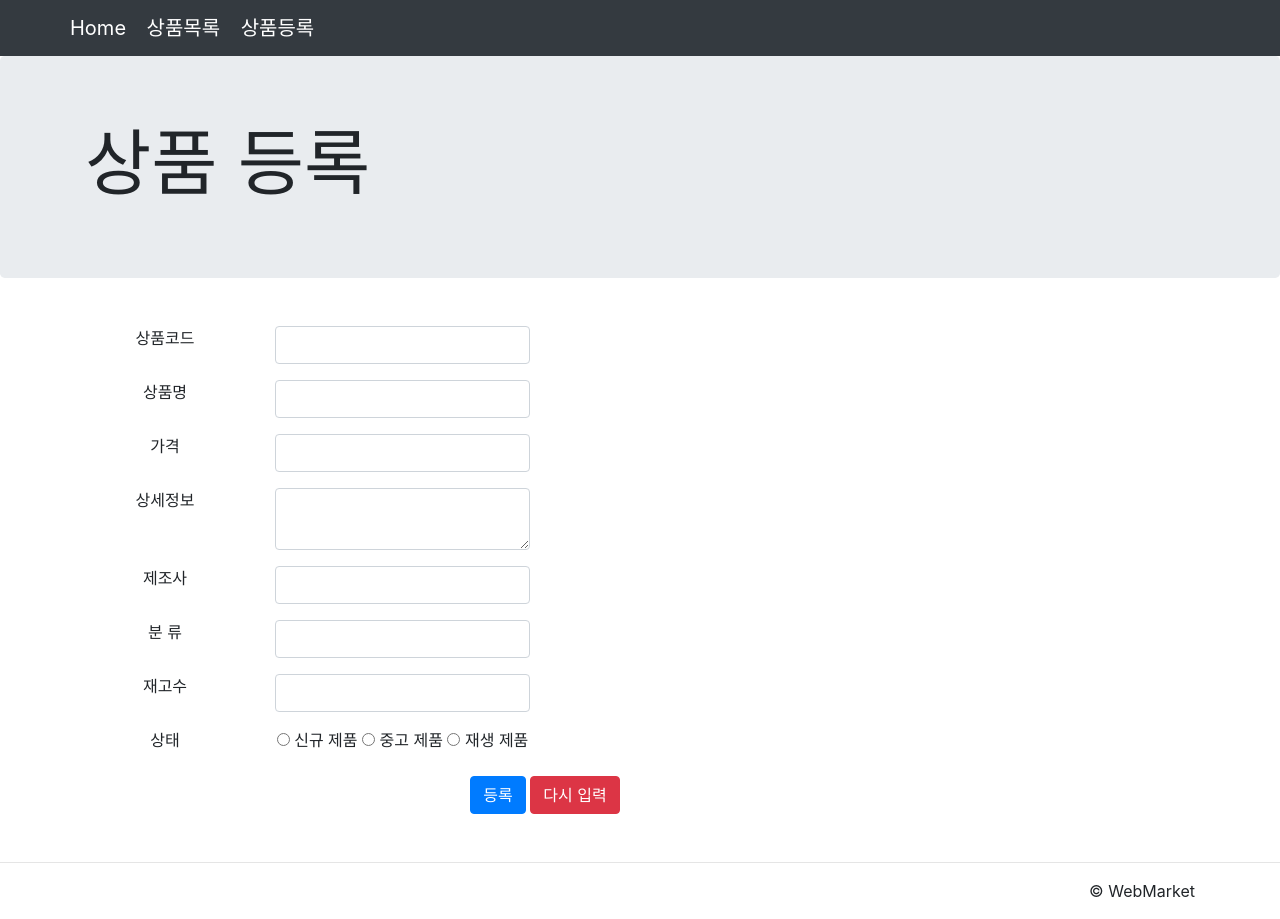
Repository: mi-ci/ai
Page: http://localhost/WebMarket/addProduct.jsp
An editor plug-in stored every save of this project. The page is shown before and after the next save, followed by the edit.
The browser window is 1280 px wide. The pictures show the whole page.
The page is served by Tomcat 9. Other server files are loaded and not shown.

Above is the page before, as saved 2024-01-19 07:47:03.

### WebMarket/src/main/webapp/addProduct.jsp
<%@ page language="java" contentType="text/html; charset=UTF-8"
    pageEncoding="UTF-8"%>
<!DOCTYPE html>
<html>
<head>
<meta charset="UTF-8">
<title>Insert title here</title>
</head>
<body>
	<jsp:include page="menu.jsp"></jsp:include>
	<div class = "jumbotron">
		<div class = "container">
			<h1 class="display-3">상품 등록</h1>
		</div>
	</div>

	<div class="text-center d-flex p-3">
	<div class="container">
		<form action="processAddProduct.jsp" name="newProduct" class="form-horizontal" method="post">

		<div class="form-group row">
			<label class="col-sm-2">상품코드</label>
			<div class="col-sm-3">
				<input type="text" name = "productId" class="form-control">
			</div>
		</div>

		<div class="form-group row">
			<label class="col-sm-2">상품명</label>
			<div class="col-sm-3">
				<input type="text" name = "pname" class="form-control">
			</div>
		</div>

		<div class="form-group row">
			<label class="col-sm-2">가격</label>
			<div class="col-sm-3">
				<input type="text" name = "unitPrice" class="form-control">
			</div>
		</div>

		<div class="form-group row">
			<label class="col-sm-2">상세정보</label>
			<div class="col-sm-3">
				<textarea name = "description" cols="50" rows="2" class="form-control"></textarea>
			</div>
		</div>

		<div class="form-group row">
			<label class="col-sm-2">제조사</label>
			<div class="col-sm-3">
				<input type="text" name = "manufacturer" class="form-control">
			</div>
		</div>

		<div class="form-group row">
			<label class="col-sm-2">분 류</label>
			<div class="col-sm-3">
				<input type="text" name = "category" class="form-control">
			</div>
		</div>

		<div class="form-group row">
			<label class="col-sm-2">재고수</label>
			<div class="col-sm-3">
				<input type="text" name = "unitsInStock" class="form-control">
			</div>
		</div>

		<div class="form-group row">
			<label class="col-sm-2">상태</label>
			<div class="col-sm-3">
				<input type="radio" name = "condition" value="New"> 신규 제품
				<input type="radio" name = "condition" value="Old"> 중고 제품
				<input type="radio" name = "condition" value="Refurbished"> 재생 제품
			</div>
		</div>

		<div class="form-group row">
			<div class="col-sm-offset col-sm-10">
				<input type="submit" class = "btn btn-primary" value="등록">
				<input type="reset" class = "btn btn-danger" value="다시 입력">
			</div>
		</div>


		</form>


	</div>
	</div>

	<jsp:include page="footer.jsp"></jsp:include>

</body>
</html>

### WebMarket/src/main/webapp/menu.jsp
<%@ page language="java" contentType="text/html; charset=UTF-8"
    pageEncoding="UTF-8"%>
<!DOCTYPE html>
<html>
<head>
<meta charset="UTF-8">
<title>Insert title here</title>
<link rel="stylesheet" href="https://cdn.jsdelivr.net/npm/bootstrap@4.0.0/dist/css/bootstrap.min.css" integrity="sha384-Gn5384xqQ1aoWXA+058RXPxPg6fy4IWvTNh0E263XmFcJlSAwiGgFAW/dAiS6JXm" crossorigin="anonymous">
</head>
<body>
	<nav class ="navbar navbar-expand navbar-dark bg-dark">
	 	<div class= "container">
	 		<div class = "navbar-header">
	 			<a class = "navbar-brand" href="welcome.jsp">Home</a>
	 			<a class = "navbar-brand" href="Products.jsp">상품목록</a>
	 			<a class = "navbar-brand" href="addProduct.jsp">상품등록</a>
	 		</div>
		</div>
	</nav>

</body>
</html>

### WebMarket/src/main/webapp/footer.jsp
<%@ page language="java" contentType="text/html; charset=UTF-8"
    pageEncoding="UTF-8"%>
<!DOCTYPE html>
<html>
<head>
<meta charset="UTF-8">
<title>Insert title here</title>
<link rel="stylesheet" href="https://cdn.jsdelivr.net/npm/bootstrap@4.0.0/dist/css/bootstrap.min.css" integrity="sha384-Gn5384xqQ1aoWXA+058RXPxPg6fy4IWvTNh0E263XmFcJlSAwiGgFAW/dAiS6JXm" crossorigin="anonymous">
</head>
<body>
	<hr>
	<footer class = "container text-right">
		<p>&copy; WebMarket </p>
	</footer>
</body>
</html>

After the next save:
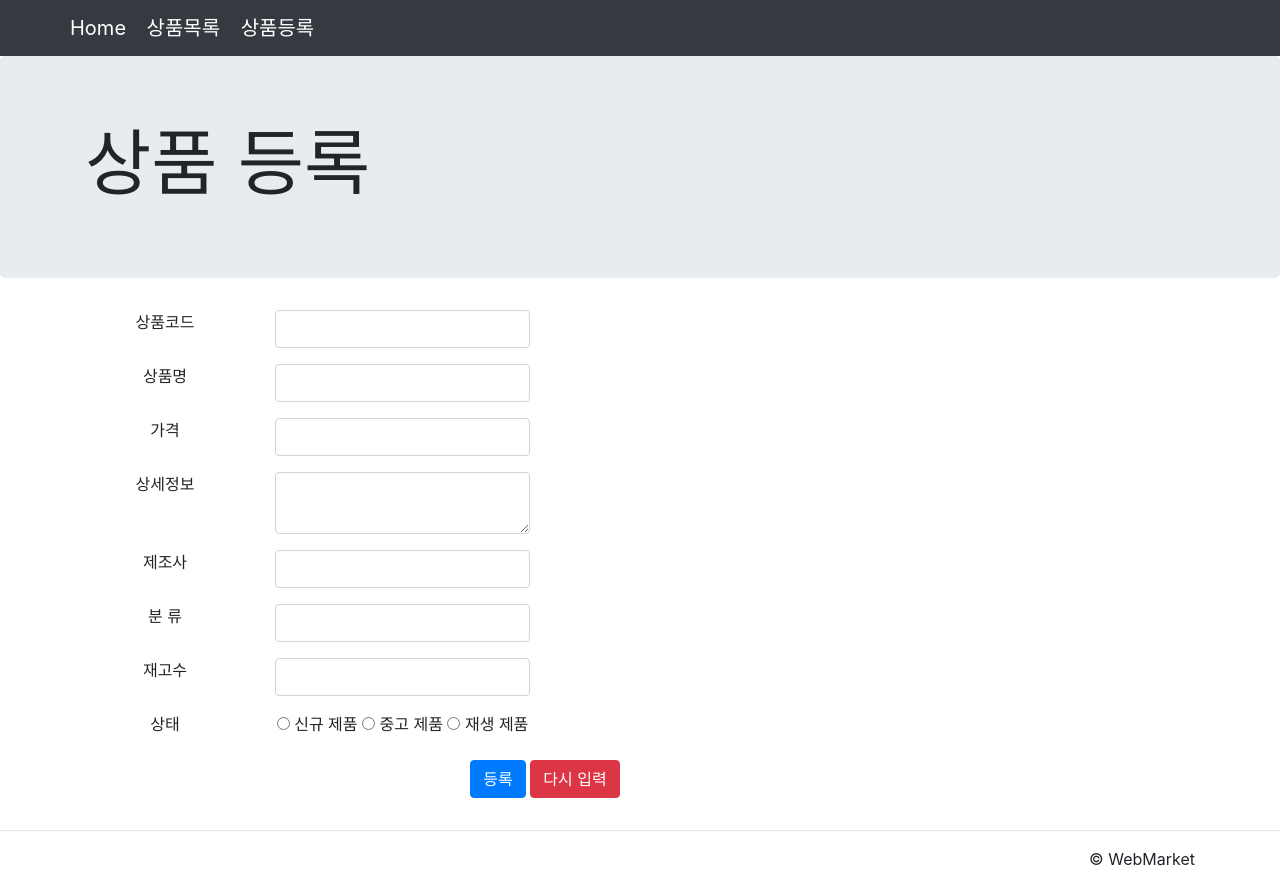
Saved 39 s later.
--- a/WebMarket/src/main/webapp/addProduct.jsp
+++ b/WebMarket/src/main/webapp/addProduct.jsp
@@ -14,7 +14,7 @@
 		</div>
 	</div>
 
-	<div class="text-center d-flex p-3">
+	<div class="text-center d-flex justify-content-center">
 	<div class="container">
 		<form action="processAddProduct.jsp" name="newProduct" class="form-horizontal" method="post">
 
